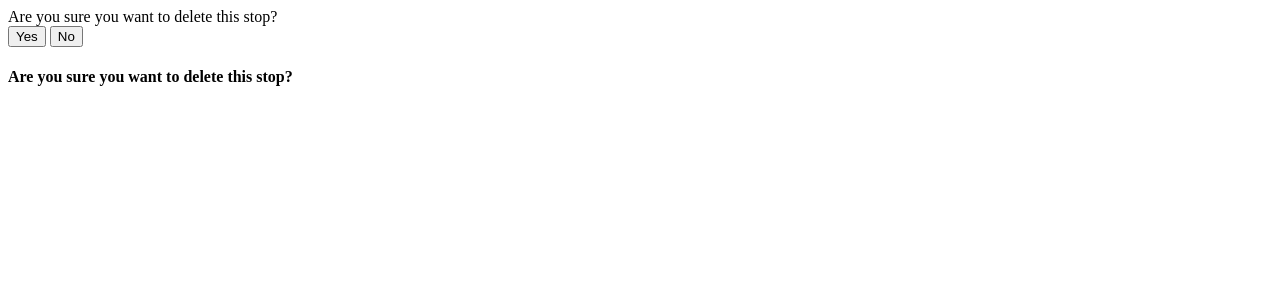
Repository: pruddiman062/ng-ShuttleApp
Page: src/app/manage/deletemodal.tpl.html
The author's editor kept a record of every edit. The page is drawn from the files as they stood at one moment, then again after the next edit.
The browser window is 1280 px wide. The pictures show the whole page.

Above is the page before.

### src/app/manage/deletemodal.tpl.html
<div class="row">
    <div class="col-md">Are you sure you want to delete this stop?</div>
    <div class="col-md-2 col-md-offset-5"><button class="btn btn-sm btn-primary" ng-click="yes()">Yes</button> <button class="btn btn-sm btn-primary" ng-click="no()">No</button></div>
</div>
    <h4>Are you sure you want to delete this stop?</h4>

</div>

After the next edit:
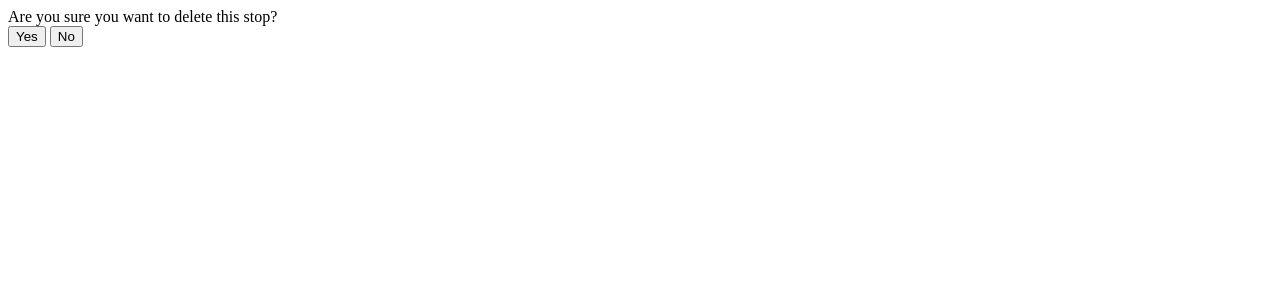
The edit:
--- a/src/app/manage/deletemodal.tpl.html
+++ b/src/app/manage/deletemodal.tpl.html
@@ -2,6 +2,3 @@
     <div class="col-md">Are you sure you want to delete this stop?</div>
     <div class="col-md-2 col-md-offset-5"><button class="btn btn-sm btn-primary" ng-click="yes()">Yes</button> <button class="btn btn-sm btn-primary" ng-click="no()">No</button></div>
 </div>
-    <h4>Are you sure you want to delete this stop?</h4>
-
-</div>
